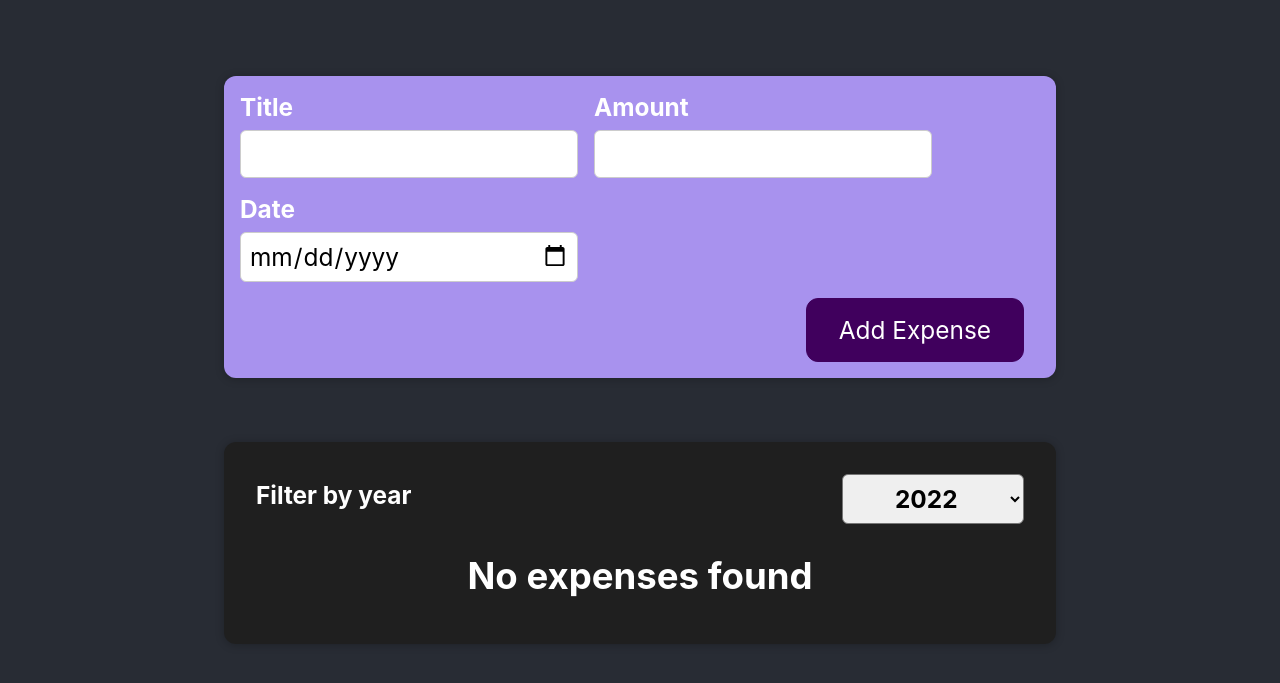
Repository: pakiam/react-demo-1
Page: /, after clicking the first element matching `button`
The author's editor kept a copy of each file at every save. The page is drawn from the files as they stood at one save, then again after the next save.
The browser window is 1280 px wide. The pictures show the whole page.
The project was rebuilt for these pictures with package versions that can differ from the ones it lists, and the page was loaded fresh each time. Also part of the build but not shown: src/components/Expenses/ExpenseDate.css, src/components/Expenses/ExpenseDate.js, src/components/Expenses/ExpenseItem.css, src/components/Expenses/ExpenseItem.js.

Above is the page before, as saved 2022-03-08 15:40:38.

### src/App.js
import React, { useState } from 'react';

import './App.css';
import Expenses from './components/Expenses/Expenses';
import NewExpense from './components/NewExpense/NewExpense'

const DUMMY_EXPENSES = [
  {
    id: 'e1',
    title: 'Toilet Paper',
    amount: 94.12,
    date: new Date(2020, 7, 14),
  },
  { id: 'e2', title: 'New TV', amount: 799.49, date: new Date(2021, 2, 12) },
  {
    id: 'e3',
    title: 'Car Insurance',
    amount: 294.67,
    date: new Date(2021, 2, 28),
  },
  {
    id: 'e4',
    title: 'New Desk (Wooden)',
    amount: 450,
    date: new Date(2021, 5, 12),
  },
];

function App() {
  const [expenses, setExpenses] = useState(DUMMY_EXPENSES)

  function onAddExpense (expense) {
    console.log(expense)
    setExpenses((prevState) => {
      return [expense, ...prevState]
    })
  }

  return (
    <div className="App">
      <header className="App-header">
        <NewExpense onAddExpense={onAddExpense}/>
        <Expenses items={expenses}/>
      </header>
    </div>
  );
}

export default App;

### src/components/Expenses/Expenses.js
import React, { useState } from 'react';

import './Expenses.css'
import ExpensesFilter from './ExpensesFilter'
import Card from '../UI/Card'
import ExpensesList from './ExpensesList';

function Expenses(props) {
  const [filteredYear, setFilteredYear] = useState(new Date().getFullYear().toString())
  // const [localItems, setLocalItems] = useState(props.items)

  const filteredExpenses = props.items.filter(item => {
    return new Date(item.date).getFullYear().toString() === filteredYear
  })



  function onChangeFilter (selectedYear) {
    setFilteredYear(selectedYear)
    // if (!selectedYear) return setLocalItems(props.items)
    // const filteredExpenses = props.items.filter(item => {
    //   return new Date(item.date).getFullYear().toString() === selectedYear
    // })
    // setLocalItems(filteredExpenses)
  }

  return (
    <Card className="expenses">
      <ExpensesFilter value={filteredYear} onChangeFilter={onChangeFilter}/>
      <ExpensesList items={filteredExpenses}/>
    </Card>
  )
}

export default Expenses;

### src/components/NewExpense/NewExpense.js
import React, { useState } from 'react'
import NewExpenseForm from './NewExpenseForm.js'
import './NewExpense.css'

function NewExpense (props) {
  const [showForm, setShowForm] = useState(false)

  function onSaveExpenseData (expenseData) {
    const obj = {...expenseData, id: Math.random().toString()}
    console.log(obj)
    props.onAddExpense(obj)
  }

  function onShowForm () {
    setShowForm(true)
  }

  function onFormCancel () {
    setShowForm(false)
  }

  return (
    <div className='new-expense'>
      {showForm ? <NewExpenseForm onFormCancel={onFormCancel} onSaveExpenseData={onSaveExpenseData}/> : <button type='button' onClick={onShowForm}>Add New Expense</button> }
    </div>
  )
}

export default NewExpense

### src/components/Expenses/ExpensesFilter.js
import './ExpensesFilter.css';

function ExpensesFilter (props) {
  function onSelectYear (event) {
    props.onChangeFilter(event.target.value)
  }

  return (
    <div className='expenses-filter'>
      <div className='expenses-filter__control'>
        <label>Filter by year</label>
        <select value={props.value} onChange={onSelectYear}>
          <option value='2022'>2022</option>
          <option value='2021'>2021</option>
          <option value='2020'>2020</option>
          <option value='2019'>2019</option>
        </select>
      </div>
    </div>
  );
};

export default ExpensesFilter;

### src/components/UI/Card.js
import './Card.css'

function Card(props) {
  const classes = `card ${props.className}`
  return <div className={classes}>{props.children}</div>
}

export default Card;

### src/components/Expenses/ExpensesList.js
import './ExpensesList.css'
import ExpenseItem from './ExpenseItem'

function ExpensesList (props) {
  if (props.items.length === 0) {
    return <h2 className='expenses-list__fallback'>No expenses found</h2>
  }

  return (<ul className='expenses-list'>
    {props.items.map(expense => <ExpenseItem key={expense.id} title={expense.title} amount={expense.amount} date={expense.date} />)}
  </ul>)
}

export default ExpensesList

### src/components/NewExpense/NewExpenseForm.js
import React, {useState} from 'react'

import './NewExpenseForm.css'

function NewExpenseForm (props) {
  // const [title, setTitle] = useState('')
  // const [amount, setAmount] = useState('')
  // const [date, setDate] = useState('')
  const [form, setForm] = useState({
    title: '',
    amount: '',
    date: '',
  })

  function onTitleChange (event) {
    // setTitle(event.target.value)
    setForm((prevState) => {
      return {...prevState, title: event.target.value}
    })
  }

  function onAmountChange (event) {
    // setAmount(event.target.value)
    setForm((prevState) => {
      return {...prevState, amount: event.target.value}
    })
  }

  function onDateChange (event) {
    // setDate(event.target.value)
    setForm((prevState) => {
      return {...prevState, date: event.target.value}
    })
  }

  function onFormSubmit (event) {
    event.preventDefault()
    props.onSaveExpenseData(form)
    setForm(() => {
      return {title: '', amount: '', date: ''}
    })
  }

  return (
    <form onSubmit={onFormSubmit}>
      <div className='new-expense__controls'>
        <div className='new-expense__control'>
          <label>Title</label>
          <input type="text" onChange={onTitleChange} value={form.title}/>
        </div>
        <div className='new-expense__control'>
          <label>Amount</label>
          <input type="number" min="0.01" step="0.01" onChange={onAmountChange} value={form.amount}/>
        </div>
        <div className='new-expense__control'>
          <label>Date</label>
          <input type="date" min="2019-01-01" max="2022-12-31" onChange={onDateChange} value={form.date}/>
        </div>
      </div>
      <div className='new-expense__actions'>
        <button type="submit">Add Expense</button>
      </div>
      <div>{form.title} {form.amount} {form.date}</div>
    </form>
  )
}

export default NewExpenseForm

### src/components/NewExpense/NewExpense.css
.new-expense {
  background-color: #a892ee;
  padding: 1rem;
  margin: 2rem auto;
  width: 50rem;
  max-width: 95%;
  border-radius: 12px;
  text-align: center;
  box-shadow: 0 1px 8px rgba(0, 0, 0, 0.25);
}

.new-expense button {
  font: inherit;
  cursor: pointer;
  padding: 1rem 2rem;
  border: 1px solid #40005d;
  background-color: #40005d;
  color: white;
  border-radius: 12px;
  margin-right: 1rem;
}

.new-expense button:hover,
.new-expense button:active {
  background-color: #510674;
  border-color: #510674;
}

.new-expense button.alternative {
  color: #220131;
  border-color: transparent;
  background-color: transparent;
}

.new-expense button.alternative:hover,
.new-expense button.alternative:active {
  background-color: #ddb3f8;
}

Loaded but not shown: public/index.html (common file); src/index.js (common file); src/index.css (common file); src/reportWebVitals.js (common file); src/App.css (common file); src/components/Expenses/Expenses.css (common file); src/components/Expenses/ExpensesFilter.css (common file); src/components/UI/Card.css (common file); src/components/Expenses/ExpensesList.css (common file); src/components/NewExpense/NewExpenseForm.css (common file)

After the next save:
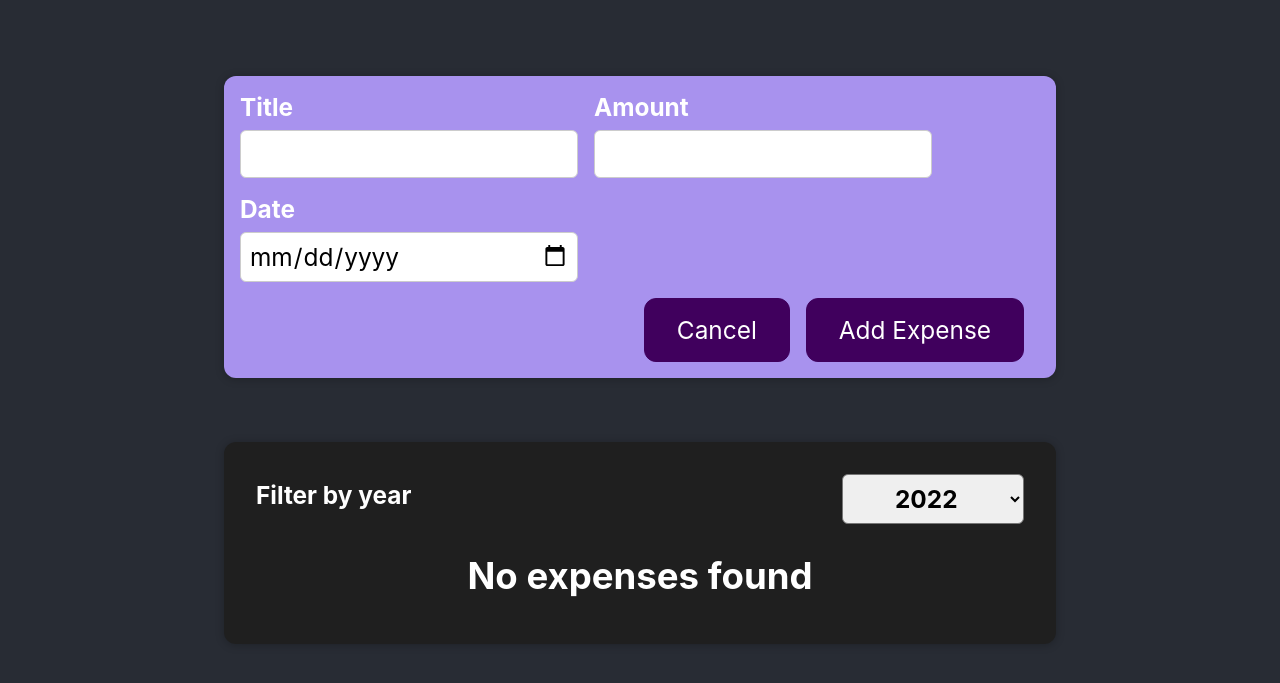
Saved 1 s later.
--- a/src/components/NewExpense/NewExpenseForm.js
+++ b/src/components/NewExpense/NewExpenseForm.js
@@ -32,13 +32,21 @@
       return {...prevState, date: event.target.value}
     })
   }
+  function resetForm () {
+    setForm(() => {
+      return {title: '', amount: '', date: ''}
+    })
+  }
 
   function onFormSubmit (event) {
     event.preventDefault()
     props.onSaveExpenseData(form)
-    setForm(() => {
-      return {title: '', amount: '', date: ''}
-    })
+    resetForm()
+  }
+
+  function onFormCancel () {
+    props.onFormCancel()
+    resetForm()
   }
 
   return (
@@ -58,6 +66,7 @@
         </div>
       </div>
       <div className='new-expense__actions'>
+        <button type="button" onClick={onFormCancel}>Cancel</button>
         <button type="submit">Add Expense</button>
       </div>
       <div>{form.title} {form.amount} {form.date}</div>
